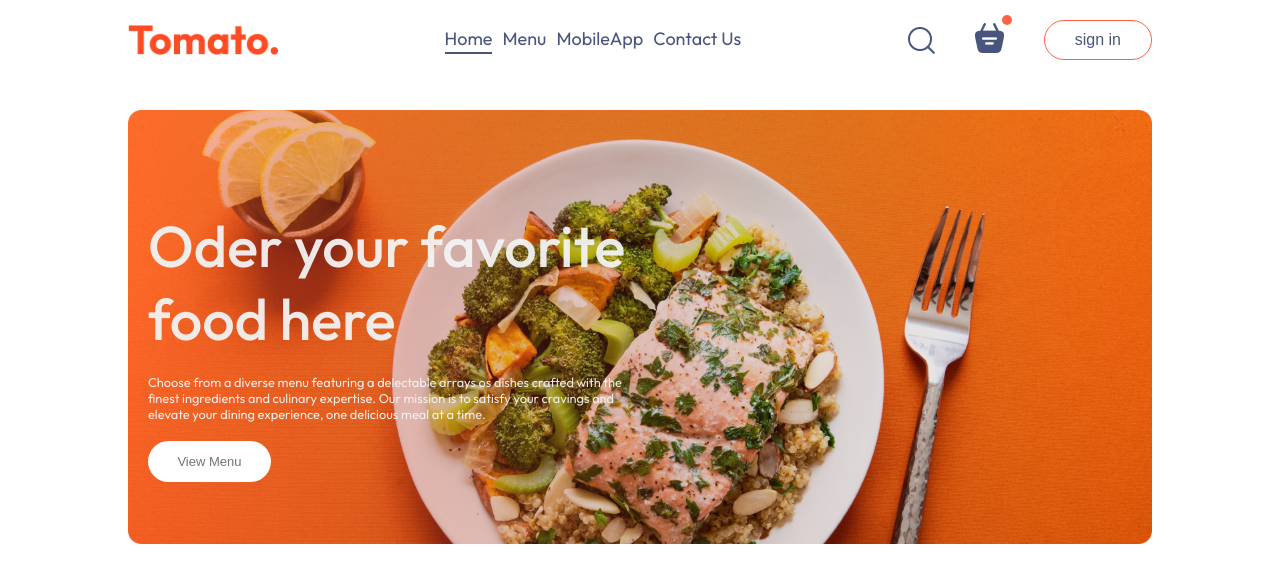
Repository: guilhermecardoso93/tomato-front-end
Page: /
These files come from the project's save history. The page is drawn as it stood at one moment and after the next save; the edit follows.
The browser window is 1280 px wide. The pictures show the whole page.
The project was rebuilt for these pictures with package versions that can differ from the ones it lists, and the page was loaded fresh each time. Also part of the build but not shown: vite.config.js, src/pages/Cart/styles.css, src/pages/Cart/index.jsx, src/pages/PlaceOrder/styles.css, src/pages/PlaceOrder/index.jsx.

Above is the page before, as saved 2024-10-29 20:31:29.

### index.html
<!doctype html>
<html lang="en">

<head>
    <meta charset="UTF-8" />
    <link rel="icon" type="image/svg+xml" href="" />
    <link rel="preconnect" href="https://fonts.googleapis.com">
    <link rel="preconnect" href="https://fonts.gstatic.com" crossorigin>
    <link href="https://fonts.googleapis.com/css2?family=Inter:ital,opsz,wght@0,14..32,100..900;1,14..32,100..900&family=Outfit:wght@100..900&display=swap" rel="stylesheet">
    <meta name="viewport" content="width=device-width, initial-scale=1.0" />
    <title>Tomato</title>
</head>

<body>
    <div id="root"></div>
    <script type="module" src="/src/main.jsx"></script>
</body>

</html>

### src/main.jsx
import { StrictMode } from "react";
import { createRoot } from "react-dom/client";
import "./index.css";
import { App } from "./App.jsx";
import { BrowserRouter } from "react-router-dom";

createRoot(document.getElementById("root")).render(
  <BrowserRouter>
    <App />
  </BrowserRouter>
);

### src/index.css
* {
  padding: 0;
  margin: 0;
  box-sizing: border-box;
}

body {
  min-height: 100vh;
  font-family: "Outfit", sans-serif;
}

a {
  text-decoration: none;
  color: inherit;
}

.app {
  width: 80%;
  margin: auto;
}

@keyframes fadeIn {
  0% {
    opacity: 0;
  }

  100% {
    opacity: 1;
  }
}

### src/App.jsx
import { Routes, Route } from "react-router-dom";
import { Navbar } from "./components/Navbar";

import { Home } from "./pages/Home";
import { Cart } from "./pages/Cart";
import { PlaceOrder } from "./pages/PlaceOrder";

export function App() {
  return (
    <div className="app">
      <Navbar />
      <Routes>
        <Route path="/" element={<Home />} />
        <Route path="/cart" element={<Cart />} />
        <Route path="/order" element={<PlaceOrder />} />
      </Routes>
    </div>
  );
}

### src/components/Navbar/index.jsx
import { useState } from "react";
import { assets } from "../../assets/assets";
import "./styles.css";

export const Navbar = () => {
  const [menu, setMenu] = useState("Home");

  return (
    <div className="navbar">
      <img src={assets.logo} alt="Logo" className="logo" />
      <ul className="navbar-menu">
        <li
          onClick={() => setMenu("Home")}
          className={menu === "Home" ? "active" : ""}
        >
          Home
        </li>
        <li
          onClick={() => setMenu("Menu")}
          className={menu === "Menu" ? "active" : ""}
        >
          Menu
        </li>
        <li
          onClick={() => setMenu("MobileApp")}
          className={menu === "MobileApp" ? "active" : ""}
        >
          MobileApp
        </li>
        <li
          onClick={() => setMenu("Contact Us")}
          className={menu === "Contact Us" ? "active" : ""}
        >
          Contact Us
        </li>
      </ul>
      <div className="navbar-right">
        <img src={assets.search_icon} alt="" />
        <div className="navbar-search-icon">
          <img src={assets.basket_icon} alt="" />
          <div className="dot"></div>
        </div>
        <button>sign in</button>
      </div>
    </div>
  );
};

### src/pages/Home/index.jsx

import { Header } from '../../components/Header'
import './styles.css'

export const Home = () => {
  return (
    <div>
      <Header />
    </div>
  )
}

### src/assets/assets.js
import basket_icon from './icons/basket_icon.png'
import logo from './logo.png'
import header_img from './header_img.png'
import search_icon from './icons/search_icon.png'
import menu_1 from './menu/menu_1.png'
import menu_2 from './menu/menu_2.png'
import menu_3 from './menu/menu_3.png'
import menu_4 from './menu/menu_4.png'
import menu_5 from './menu/menu_5.png'
import menu_6 from './menu/menu_6.png'
import menu_7 from './menu/menu_7.png'
import menu_8 from './menu/menu_8.png'

import food_1 from './food/food_1.png'
import food_2 from './food/food_2.png'
import food_3 from './food/food_3.png'
import food_4 from './food/food_4.png'
import food_5 from './food/food_5.png'
import food_6 from './food/food_6.png'
import food_7 from './food/food_7.png'
import food_8 from './food/food_8.png'
import food_9 from './food/food_9.png'
import food_10 from './food/food_10.png'
import food_11 from './food/food_11.png'
import food_12 from './food/food_12.png'
import food_13 from './food/food_13.png'
import food_14 from './food/food_14.png'
import food_15 from './food/food_15.png'
import food_16 from './food/food_16.png'
import food_17 from './food/food_17.png'
import food_18 from './food/food_18.png'
import food_19 from './food/food_19.png'
import food_20 from './food/food_20.png'
import food_21 from './food/food_21.png'
import food_22 from './food/food_22.png'
import food_23 from './food/food_23.png'
import food_24 from './food/food_24.png'
import food_25 from './food/food_25.png'
import food_26 from './food/food_26.png'
import food_27 from './food/food_27.png'
import food_28 from './food/food_28.png'
import food_29 from './food/food_29.png'
import food_30 from './food/food_30.png'
import food_31 from './food/food_31.png'
import food_32 from './food/food_32.png'

import add_icon_white from './icons/add_icon_white.png'
import add_icon_green from './icons/add_icon_green.png'
import remove_icon_red from './icons/remove_icon_red.png'
import app_store from './icons/app_store.png'
import play_store from './icons/play_store.png'
import linkedin_icon from './icons/linkedin_icon.png'
import facebook_icon from './icons/facebook_icon.png'
import twitter_icon from './icons/twitter_icon.png'
import cross_icon from './icons/cross_icon.png'
import selector_icon from './icons/selector_icon.png'
import rating_starts from './icons/rating_starts.png'
import profile_icon from './icons/profile_icon.png'
import bag_icon from './icons/bag_icon.png'
import logout_icon from './icons/logout_icon.png'
import parcel_icon from './icons/parcel_icon.png'

export const assets = {
    logo,
    basket_icon,
    header_img,
    search_icon,
    rating_starts,
    add_icon_green,
    add_icon_white,
    remove_icon_red,
    app_store,
    play_store,
    linkedin_icon,
    facebook_icon,
    twitter_icon,
    cross_icon,
    selector_icon,
    profile_icon,
    logout_icon,
    bag_icon,
    parcel_icon
}

export const menu_list = [
    {
        menu_name: "Salad",
        menu_image: menu_1
    },
    {
        menu_name: "Rolls",
        menu_image: menu_2
    },
    {
        menu_name: "Deserts",
        menu_image: menu_3
    },
    {
        menu_name: "Sandwich",
        menu_image: menu_4
    },
    {
        menu_name: "Cake",
        menu_image: menu_5
    },
    {
        menu_name: "Pure Veg",
        menu_image: menu_6
    },
    {
        menu_name: "Pasta",
        menu_image: menu_7
    },
    {
        menu_name: "Noodles",
        menu_image: menu_8
    }]

export const food_list = [
    {
        _id: "1",
        name: "Greek salad",
        image: food_1,
        price: 12,
        description: "Food provides essential nutrients for overall health and well-being",
        category: "Salad"
    },
    {
        _id: "2",
        name: "Veg salad",
        image: food_2,
        price: 18,
        description: "Food provides essential nutrients for overall health and well-being",
        category: "Salad"
    }, {
        _id: "3",
        name: "Clover Salad",
        image: food_3,
        price: 16,
        description: "Food provides essential nutrients for overall health and well-being",
        category: "Salad"
    }, {
        _id: "4",
        name: "Chicken Salad",
        image: food_4,
        price: 24,
        description: "Food provides essential nutrients for overall health and well-being",
        category: "Salad"
    }, {
        _id: "5",
        name: "Lasagna Rolls",
        image: food_5,
        price: 14,
        description: "Food provides essential nutrients for overall health and well-being",
        category: "Rolls"
    }, {
        _id: "6",
        name: "Peri Peri Rolls",
        image: food_6,
        price: 12,
        description: "Food provides essential nutrients for overall health and well-being",
        category: "Rolls"
    }, {
        _id: "7",
        name: "Chicken Rolls",
        image: food_7,
        price: 20,
        description: "Food provides essential nutrients for overall health and well-being",
        category: "Rolls"
    }, {
        _id: "8",
        name: "Veg Rolls",
        image: food_8,
        price: 15,
        description: "Food provides essential nutrients for overall health and well-being",
        category: "Rolls"
    }, {
        _id: "9",
        name: "Ripple Ice Cream",
        image: food_9,
        price: 14,
        description: "Food provides essential nutrients for overall health and well-being",
        category: "Deserts"
    }, {
        _id: "10",
        name: "Fruit Ice Cream",
        image: food_10,
        price: 22,
        description: "Food provides essential nutrients for overall health and well-being",
        category: "Deserts"
    }, {
        _id: "11",
        name: "Jar Ice Cream",
        image: food_11,
        price: 10,
        description: "Food provides essential nutrients for overall health and well-being",
        category: "Deserts"
    }, {
        _id: "12",
        name: "Vanilla Ice Cream",
        image: food_12,
        price: 12,
        description: "Food provides essential nutrients for overall health and well-being",
        category: "Deserts"
    },
    {
        _id: "13",
        name: "Chicken Sandwich",
        image: food_13,
        price: 12,
        description: "Food provides essential nutrients for overall health and well-being",
        category: "Sandwich"
    },
    {
        _id: "14",
        name: "Vegan Sandwich",
        image: food_14,
        price: 18,
        description: "Food provides essential nutrients for overall health and well-being",
        category: "Sandwich"
    }, {
        _id: "15",
        name: "Grilled Sandwich",
        image: food_15,
        price: 16,
        description: "Food provides essential nutrients for overall health and well-being",
        category: "Sandwich"
    }, {
        _id: "16",
        name: "Bread Sandwich",
        image: food_16,
        price: 24,
        description: "Food provides essential nutrients for overall health and well-being",
        category: "Sandwich"
    }, {
        _id: "17",
        name: "Cup Cake",
        image: food_17,
        price: 14,
        description: "Food provides essential nutrients for overall health and well-being",
        category: "Cake"
    }, {
        _id: "18",
        name: "Vegan Cake",
        image: food_18,
        price: 12,
        description: "Food provides essential nutrients for overall health and well-being",
        category: "Cake"
    }, {
        _id: "19",
        name: "Butterscotch Cake",
        image: food_19,
        price: 20,
        description: "Food provides essential nutrients for overall health and well-being",
        category: "Cake"
    }, {
        _id: "20",
        name: "Sliced Cake",
        image: food_20,
        price: 15,
        description: "Food provides essential nutrients for overall health and well-being",
        category: "Cake"
    }, {
        _id: "21",
        name: "Garlic Mushroom ",
        image: food_21,
        price: 14,
        description: "Food provides essential nutrients for overall health and well-being",
        category: "Pure Veg"
    }, {
        _id: "22",
        name: "Fried Cauliflower",
        image: food_22,
        price: 22,
        description: "Food provides essential nutrients for overall health and well-being",
        category: "Pure Veg"
    }, {
        _id: "23",
        name: "Mix Veg Pulao",
        image: food_23,
        price: 10,
        description: "Food provides essential nutrients for overall health and well-being",
        category: "Pure Veg"
    }, {
        _id: "24",
        name: "Rice Zucchini",
        image: food_24,
        price: 12,
        description: "Food provides essential nutrients for overall health and well-being",
        category: "Pure Veg"
    },
    {
        _id: "25",
        name: "Cheese Pasta",
        image: food_25,
        price: 12,
        description: "Food provides essential nutrients for overall health and well-being",
        category: "Pasta"
    },
    {
        _id: "26",
        name: "Tomato Pasta",
        image: food_26,
        price: 18,
        description: "Food provides essential nutrients for overall health and well-being",
        category: "Pasta"
    }, {
        _id: "27",
        name: "Creamy Pasta",
        image: food_27,
        price: 16,
        description: "Food provides essential nutrients for overall health and well-being",
        category: "Pasta"
    }, {
        _id: "28",
        name: "Chicken Pasta",
        image: food_28,
        price: 24,
        description: "Food provides essential nutrients for overall health and well-being",
        category: "Pasta"
    }, {
        _id: "29",
        name: "Buttter Noodles",
        image: food_29,
        price: 14,
        description: "Food provides essential nutrients for overall health and well-being",
        category: "Noodles"
    }, {
        _id: "30",
        name: "Veg Noodles",
        image: food_30,
        price: 12,
        description: "Food provides essential nutrients for overall health and well-being",
        category: "Noodles"
    }, {
        _id: "31",
        name: "Somen Noodles",
        image: food_31,
        price: 20,
        description: "Food provides essential nutrients for overall health and well-being",
        category: "Noodles"
    }, {
        _id: "32",
        name: "Cooked Noodles",
        image: food_32,
        price: 15,
        description: "Food provides essential nutrients for overall health and well-being",
        category: "Noodles"
    }
]

### src/components/Navbar/styles.css
.navbar {
  padding: 20px 0;
  display: flex;
  justify-content: space-between;
  align-items: center;
}

.navbar .logo {
  width: 150px;
}

.navbar-menu {
  display: flex;
  list-style: none;
  gap: 10px;
  color: #49557c;
  font-size: 18px;
}

.navbar li {
  cursor: pointer
}

.navbar-right {
  display: flex;
  align-items: center;
  gap: 40px;
}

.navbar button {
  background: transparent;
  font-size: 16px;
  color: #49557c;
  border: 1px solid tomato;
  padding: 10px 30px;
  border-radius: 50px;
  cursor: pointer;
  transition: 0.3s;
}

.navbar button:hover {
  background: #fff4f2;
}

.navbar .active {
  padding-bottom: 2px;
  border-bottom: 2px solid #49557c;
}

.navbar-search-icon {
  position: relative;
}

.navbar-search-icon .dot {
  position: absolute;
  min-height: 10px;
  min-width: 10px;
  background-color: tomato;
  border-radius:  5px;
  top: -8px;
  right: -8px;
}

### src/components/Header/index.jsx
import "./styles.css";

export const Header = () => {
  return (
    <div className="header">
      <div className="header-container">
        <h2>Oder your favorite food here</h2>
        <p>
          Choose from a diverse menu featuring a delectable arrays os dishes
          crafted with the finest ingredients and culinary expertise. Our
          mission is to satisfy your cravings and elevate your dining
          experience, one delicious meal at a time.
        </p>
        <button> View Menu</button>
      </div>
    </div>
  );
};

### src/components/Header/styles.css
.header {
  height: 34vw;
  margin: 30px auto;
  background: url('../../assets/header_img.png') no-repeat;
  background-size: contain;
  position: relative;
}



.header-container {
  position: absolute;
  display: flex;
  flex-direction: column;
  align-items: start;
  padding: 20px;
  gap: 1.5vw;
  max-width: 52%;
  bottom: 10%;
  animation: fadeIn 3s;
}

h2 {
  font-weight: 500;
  color: #f2f2f2f2;
  font-size: max(4.5vw, 22px);
}

p {
  color: #f2f2f2f2;
  font-size: 1vw;
}

button {
  border: none;
  color: #747474;
  font-weight: 500;
  padding: 1vw 2.3vw;
  background: white;
  font-size: max(1vw, 13px);
  border-radius: 50px;
}

Loaded but not shown: src/pages/Home/styles.css (no stored copy; drawn as an empty file)

After the next save:
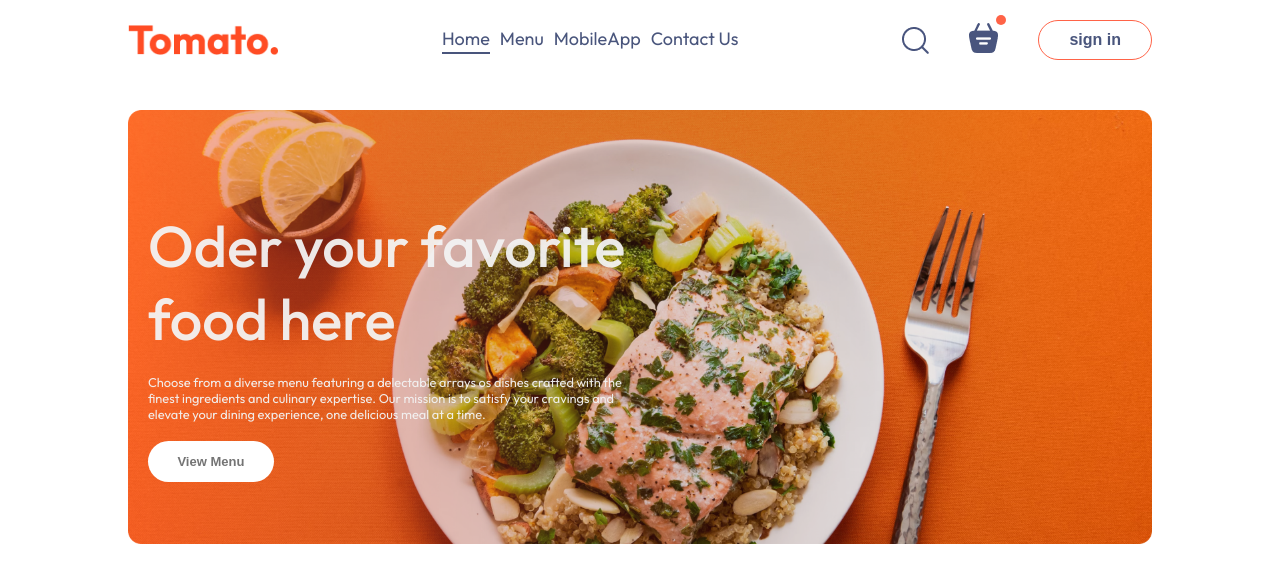
Saved 1 s later.
--- a/src/components/Header/styles.css
+++ b/src/components/Header/styles.css
@@ -34,7 +34,7 @@ p {
 button {
   border: none;
   color: #747474;
-  font-weight: 500;
+  font-weight: 700;
   padding: 1vw 2.3vw;
   background: white;
   font-size: max(1vw, 13px);
